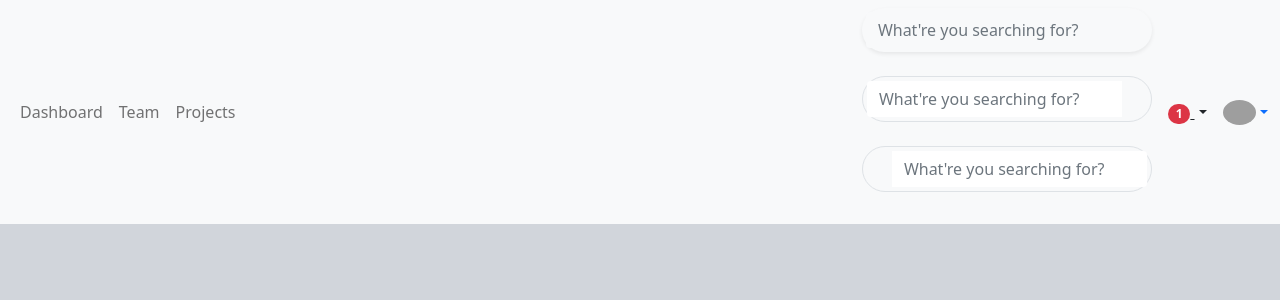
Repository: AlisaSkryp/photoblog
Page: index.html
The author's editor kept a copy of each file at every save. The page is drawn from the files as they stood at one save, then again after the next save.
The browser window is 1280 px wide. The pictures show the whole page.
Pictures or frames that could not be fetched are drawn as grey boxes.

Above is the page before, as saved 2023-04-09 18:47:59.

### index.html
<!DOCTYPE html>
<html lang="en">
<head>
	<meta charset="UTF-8">
	<meta http-equiv="X-UA-Compatible" content="IE=edge">
	<meta name="viewport" content="width=device-width, initial-scale=1.0">
	<link href="https://cdn.jsdelivr.net/npm/bootstrap@5.0.2/dist/css/bootstrap.min.css" rel="stylesheet" integrity="sha384-EVSTQN3/azprG1Anm3QDgpJLIm9Nao0Yz1ztcQTwFspd3yD65VohhpuuCOmLASjC" crossorigin="anonymous">
<link href="https://cdnjs.cloudflare.com/ajax/libs/font-awesome/4.7.0/css/font-awesome.min.css">
<link rel="stylesheet" href="style.css">
</head>
<body>


<header>
	<!-- Navbar -->
<nav class="navbar navbar-expand-lg navbar-light bg-light">
  <!-- Container wrapper -->
  <div class="container-fluid">
    <!-- Toggle button -->
    <button
      class="navbar-toggler"
      type="button"
      data-mdb-toggle="collapse"
      data-mdb-target="#navbarSupportedContent"
      aria-controls="navbarSupportedContent"
      aria-expanded="false"
      aria-label="Toggle navigation"
    >
      <i class="fas fa-bars"></i>
    </button>

    <!-- Collapsible wrapper -->
    <div class="collapse navbar-collapse" id="navbarSupportedContent">
      <!-- Left links -->
      <ul class="navbar-nav me-auto mb-2 mb-lg-0">
        <li class="nav-item">
          <a class="nav-link" href="#">Dashboard</a>
        </li>
        <li class="nav-item">
          <a class="nav-link" href="#">Team</a>
        </li>
        <li class="nav-item">
          <a class="nav-link" href="#">Projects</a>
        </li>
      </ul>
      <!-- Left links -->
    </div>
    <!-- Collapsible wrapper -->
     <!-- Custom rounded search bars with input group -->
		 <form action="">
			<div class="p-1 bg-light rounded rounded-pill shadow-sm mb-4">
				<div class="input-group">
					<input type="search" placeholder="What're you searching for?" aria-describedby="button-addon1" class="form-control border-0 bg-light">
					<div class="input-group-append">
						<button id="button-addon1" type="submit" class="btn btn-link text-primary"><i class="fa fa-search"></i></button>
					</div>
				</div>
			</div>

			<div class="input-group mb-4 border rounded-pill p-1">
				<input type="search" placeholder="What're you searching for?" aria-describedby="button-addon3" class="form-control bg-none border-0">
				<div class="input-group-append border-0">
					<button id="button-addon3" type="button" class="btn btn-link text-success"><i class="fa fa-search"></i></button>
				</div>
			</div>
			<div class="input-group mb-4 border rounded-pill p-1">
				<div class="input-group-prepend border-0">
					<button id="button-addon4" type="button" class="btn btn-link text-info"><i class="fa fa-search"></i></button>
				</div>
				<input type="search" placeholder="What're you searching for?" aria-describedby="button-addon4" class="form-control bg-none border-0">
			</div>
		</form>
    <!-- Right elements -->
    <div class="d-flex align-items-center">
      <!-- Icon -->
      <a class="text-reset me-3" href="#">
        <i class="fas fa-shopping-cart"></i>
      </a>

      <!-- Notifications -->
      <div class="dropdown">
        <a
          class="text-reset me-3 dropdown-toggle hidden-arrow"
          href="#"
          id="navbarDropdownMenuLink"
          role="button"
          data-mdb-toggle="dropdown"
          aria-expanded="false"
        >
          <i class="fas fa-bell"></i>
          <span class="badge rounded-pill badge-notification bg-danger">1</span>
        </a>
        <ul
          class="dropdown-menu dropdown-menu-end"
          aria-labelledby="navbarDropdownMenuLink"
        >
          <li>
            <a class="dropdown-item" href="#">Some news</a>
          </li>
          <li>
            <a class="dropdown-item" href="#">Another news</a>
          </li>
          <li>
            <a class="dropdown-item" href="#">Something else here</a>
          </li>
        </ul>
      </div>
      <!-- Avatar -->
      <div class="dropdown">
        <a
          class="dropdown-toggle d-flex align-items-center hidden-arrow"
          href="#"
          id="navbarDropdownMenuAvatar"
          role="button"
          data-mdb-toggle="dropdown"
          aria-expanded="false"
        >
          <img
            src="https://mdbcdn.b-cdn.net/img/new/avatars/2.webp"
            class="rounded-circle"
            height="25"
            alt="Black and White Portrait of a Man"
            loading="lazy"
          />
        </a>
        <ul
          class="dropdown-menu dropdown-menu-end"
          aria-labelledby="navbarDropdownMenuAvatar"
        >
          <li>
            <a class="dropdown-item" href="#">My profile</a>
          </li>
          <li>
            <a class="dropdown-item" href="#">Settings</a>
          </li>
          <li>
            <a class="dropdown-item" href="#">Logout</a>
          </li>
        </ul>
      </div>
    </div>
    <!-- Right elements -->
  </div>
  <!-- Container wrapper -->
</nav>
<!-- Navbar -->
</header>
	<script src="https://cdn.jsdelivr.net/npm/bootstrap@5.0.2/dist/js/bootstrap.bundle.min.js" integrity="sha384-MrcW6ZMFYlzcLA8Nl+NtUVF0sA7MsXsP1UyJoMp4YLEuNSfAP+JcXn/tWtIaxVXM" crossorigin="anonymous"></script>
</body>
</html>

### style.css
body{

	background: #d1d5db;
}

.height{

	height: 100vh;
}

.form{

	position: relative;
}

.form .fa-search{

	position: absolute;
	top:20px;
	left: 20px;
	color: #9ca3af;

}

.form span{

			position: absolute;
	right: 17px;
	top: 13px;
	padding: 2px;
	border-left: 1px solid #d1d5db;

}

.left-pan{
	padding-left: 7px;
}

.left-pan i{

 padding-left: 10px;
}

.form-input{

	height: 55px;
	text-indent: 33px;
	border-radius: 10px;
}

.form-input:focus{

	box-shadow: none;
	border:none;
}

After the next save:
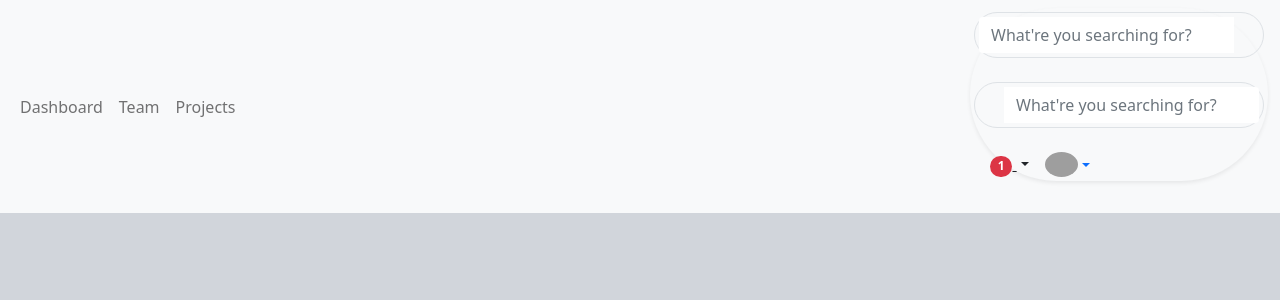
Saved 6 s later.
--- a/index.html
+++ b/index.html
@@ -49,13 +49,7 @@
      <!-- Custom rounded search bars with input group -->
 		 <form action="">
 			<div class="p-1 bg-light rounded rounded-pill shadow-sm mb-4">
-				<div class="input-group">
-					<input type="search" placeholder="What're you searching for?" aria-describedby="button-addon1" class="form-control border-0 bg-light">
-					<div class="input-group-append">
-						<button id="button-addon1" type="submit" class="btn btn-link text-primary"><i class="fa fa-search"></i></button>
-					</div>
-				</div>
-			</div>
+
 
 			<div class="input-group mb-4 border rounded-pill p-1">
 				<input type="search" placeholder="What're you searching for?" aria-describedby="button-addon3" class="form-control bg-none border-0">
